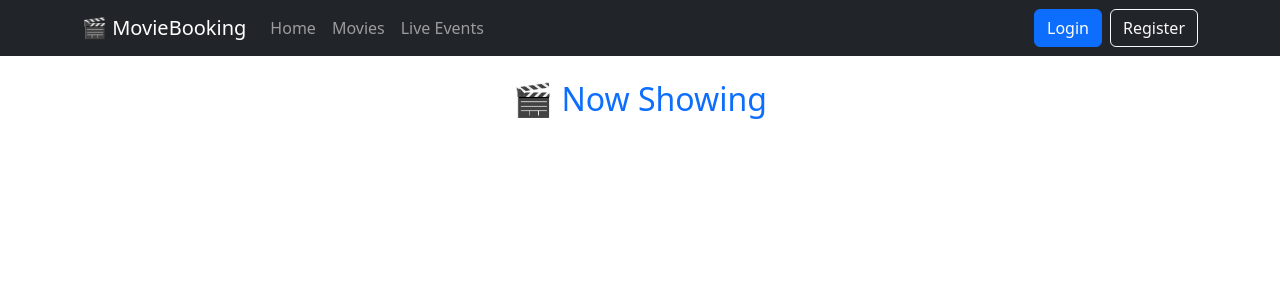
Repository: AshwinUgale/MovieBookingFrontend
Page: /movies
An editor plug-in stored every save of this project. The page is shown before and after the next save, followed by the edit.
The browser window is 1280 px wide. The pictures show the whole page.
The page's requests for data from a server got no answer. The project was rebuilt for these pictures with package versions that can differ from the ones it lists, and the page was loaded fresh each time. No one was signed in, and anything a server would have sent is missing. Also part of the build but not shown: src/components/HeroSection.js, src/components/TrendingMovies.js, src/components/CallToAction.js, src/components/TrendingEvents.js, src/pages/HomePage.js, src/pages/LoginPage.js, src/pages/RegisterPage.js, src/pages/DashboardPage.js and 9 more.

Above is the page before, as saved 2025-02-27 20:55:54.

After the next save:
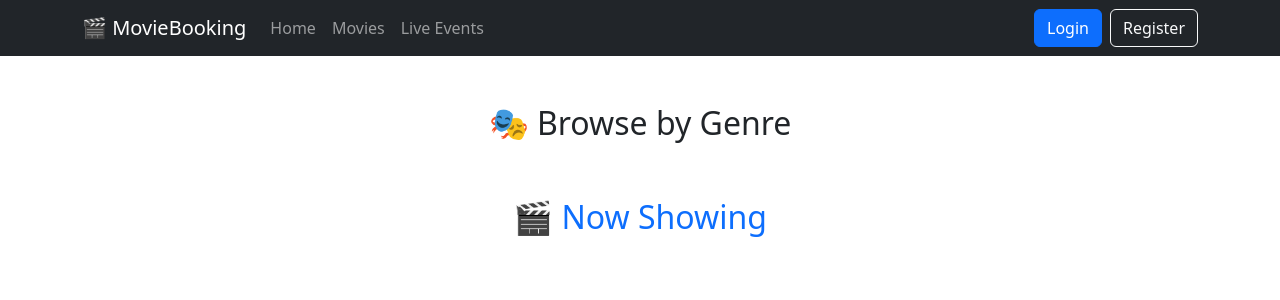
Saved 2 min 34 s later.
--- a/src/pages/MovieList.js
+++ b/src/pages/MovieList.js
@@ -2,6 +2,7 @@ import { useEffect, useState } from "react";
 import { fetchMovies } from "../services/api";
 import { useNavigate } from "react-router-dom";
 import { Container, Row, Col, Card, Button, Spinner } from "react-bootstrap"; // ✅ Bootstrap components
+import GenreSection from "../components/GenreSection";
 
 const MovieList = () => {
   const [movies, setMovies] = useState([]);
@@ -24,7 +25,9 @@ const MovieList = () => {
   }, []);
 
   return (
-    <Container className="mt-4">
+    <div>
+      <GenreSection/>
+        <Container className="mt-4">
       <h2 className="text-center text-primary">🎬 Now Showing</h2>
 
       {loading ? (
@@ -86,6 +89,8 @@ const MovieList = () => {
         </Row>
       )}
     </Container>
+    </div>
+
   );
 };
 
